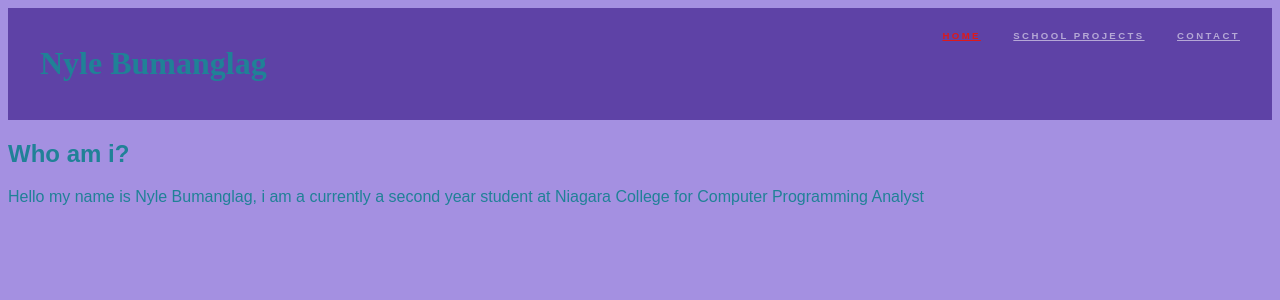
Repository: NyleNC/main
Page: index.html
These files come from the project's save history. The page is drawn as it stood at one moment and after the next save; the edit follows.
The browser window is 1280 px wide. The pictures show the whole page.
Some web fonts or font styles are not loaded; a fallback is used.

Above is the page before, as saved 2024-11-07 00:58:31.

After the next save:
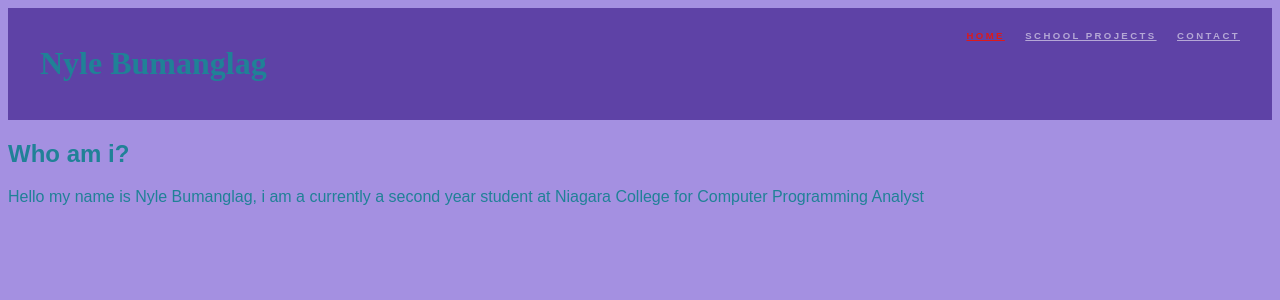
Saved 44 s later.
--- a/style.css
+++ b/style.css
@@ -38,7 +38,7 @@ padding: 0;
 
  #header > nav > ul > li {
  display: inline-block;
-margin-left: 1.75em;
+margin-left: 1em;
  padding: 0;
 vertical-align: middle;
 }
